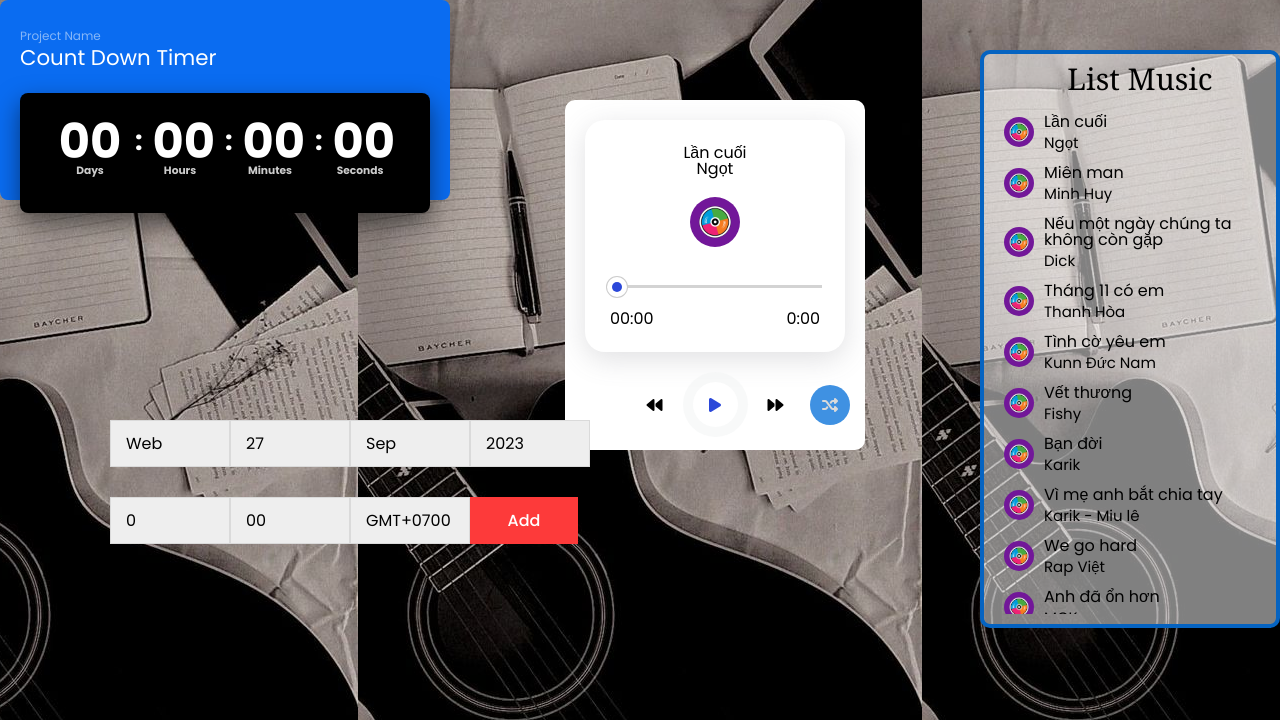
Repository: thuanpham00/CountDownTimer
Page: index.html
An editor plug-in stored every save of this project. The page is shown before and after the next save, followed by the edit.
The browser window is 1280 px wide. The pictures show the whole page.
Some web libraries are served in a nearby version. The style sheet was rebuilt from its Sass, Less or Tailwind sources for each picture, by a compiler version that may differ from the author's.

Above is the page before, as saved 2023-10-12 22:37:49.

### index.html
<!DOCTYPE html>
<html lang="en">
    <head>
        <meta charset="UTF-8" />
        <meta name="viewport" content="width=device-width, initial-scale=1.0" />
        <title>Count Down</title>
        <link rel="preconnect" href="https://fonts.googleapis.com" />
        <link rel="preconnect" href="https://fonts.gstatic.com" crossorigin />
        <link
            href="https://fonts.googleapis.com/css2?family=Roboto:wght@300;400;500;700;900&display=swap"
            rel="stylesheet"
        />
        <link rel="preconnect" href="https://fonts.googleapis.com" />
        <link rel="preconnect" href="https://fonts.gstatic.com" crossorigin />
        <link
            href="https://fonts.googleapis.com/css2?family=Poppins:wght@300;400;500;600;700;800&display=swap"
            rel="stylesheet"
        />
        <script src="https://kit.fontawesome.com/3115b3f4f1.js"></script>
        <link rel="stylesheet" href="./assets/css/main.css" />
        <link
            rel="apple-touch-icon"
            sizes="57x57"
            href="./assets/favicon/apple-icon-57x57.png"
        />
        <link
            rel="apple-touch-icon"
            sizes="60x60"
            href="./assets/favicon/apple-icon-60x60.png"
        />
        <link
            rel="apple-touch-icon"
            sizes="72x72"
            href="./assets/favicon/apple-icon-72x72.png"
        />
        <link
            rel="apple-touch-icon"
            sizes="76x76"
            href="./assets/favicon/apple-icon-76x76.png"
        />
        <link
            rel="apple-touch-icon"
            sizes="114x114"
            href="./assets/favicon/apple-icon-114x114.png"
        />
        <link
            rel="apple-touch-icon"
            sizes="120x120"
            href="./assets/favicon/apple-icon-120x120.png"
        />
        <link
            rel="apple-touch-icon"
            sizes="144x144"
            href="./assets/favicon/apple-icon-144x144.png"
        />
        <link
            rel="apple-touch-icon"
            sizes="152x152"
            href="./assets/favicon/apple-icon-152x152.png"
        />
        <link
            rel="apple-touch-icon"
            sizes="180x180"
            href="./assets/favicon/apple-icon-180x180.png"
        />
        <link
            rel="icon"
            type="image/png"
            sizes="192x192"
            href="./assets/favicon/android-icon-192x192.png"
        />
        <link
            rel="icon"
            type="image/png"
            sizes="32x32"
            href="./assets/favicon/favicon-32x32.png"
        />
        <link
            rel="icon"
            type="image/png"
            sizes="96x96"
            href="./assets/favicon/favicon-96x96.png"
        />
        <link
            rel="icon"
            type="image/png"
            sizes="16x16"
            href="./assets/favicon/favicon-16x16.png"
        />
        <link rel="manifest" href="./assets/favicon/manifest.json" />
        <meta name="msapplication-TileColor" content="#ffffff" />
        <meta
            name="msapplication-TileImage"
            content="./assets/favicon/ms-icon-144x144.png"
        />
        <meta name="theme-color" content="#ffffff" />
    </head>
    <body>
        <div class="timer">
            <div class="timer-wrapper">
                <div>
                    <label class="timer-title">Project Name</label>
                    <label class="timer-name">Count Down Timer</label>
                </div>
                <div class="counter">
                    <div class="days">
                        <div class="value" id="days">00</div>
                        <span>Days</span>
                    </div>

                    <div class="hours">
                        <div class="value" id="hours">00</div>
                        <span>Hours</span>
                    </div>

                    <div class="minutes">
                        <div class="value" id="minutes">00</div>
                        <span>Minutes</span>
                    </div>

                    <div class="seconds">
                        <div class="value" id="seconds">00</div>
                        <span>Seconds</span>
                    </div>
                </div>
            </div>
            <div class="player">
                <div class="player-box">
                    <div class="songs-container">
                        <h2></h2>
                        <p></p>
                        <img src="" alt="" class="img" />
                        <audio src="" controls id="song"></audio>
                    </div>
                    <div class="progress">
                        <input
                            type="range"
                            id="progress-bar"
                            min="0"
                            max=""
                            value="0"
                            class="bar"
                        />
                    </div>
                    <div class="player-number">
                        <span class="player-remaining">0:00</span>
                        <span class="player-duration">0:00</span>
                    </div>
                </div>
                <div class="player-row">
                    <div class="player-tool">
                        <i class="fa fa-backward player-prev"></i>
                        <i class="fa fa-play player-play"></i>
                        <i class="fa fa-forward player-next"></i>
                    </div>
                    <i class="fa-solid fa-shuffle random"></i>
                </div>
            </div>
            <div class="player-list">
                <h2 class="player-list__title">List Music</h2>
                <div class="player-list__wrapper"></div>
            </div>
        </div>
        <form class="form-timer">
            <input
                value="Web"
                type="text"
                name="day"
                placeholder="Thứ"
                class="dayInput"
            />
            <input
                type="text"
                name="date"
                placeholder="Ngày"
                value="27"
                class="dateInput"
            />
            <input
                type="text"
                name="month"
                placeholder="Tháng"
                value="Sep"
                class="monthInput"
            />
            <input
                type="number"
                name="year"
                placeholder="Năm"
                value="2023"
                class="yearInput"
            />
            <input
                type="number"
                name="hour"
                placeholder="Giờ"
                class="hourInput"
                value="0"
            />
            <input
                type="number"
                name="minute"
                placeholder="Phút"
                class="minuteInput"
                value="00"
            />
            <input
                type="text"
                name="GMT"
                value="GMT+0700 (Indochina Time)"
                class="hourInput"
            />
            <button class="todo__submit" type="submit">Add</button>
        </form>
        <script src="./assets/js/main.js"></script>
    </body>
</html>

### scss/main.scss
html,
body,
div,
span,
applet,
object,
iframe,
h1,
h2,
h3,
h4,
h5,
h6,
p,
blockquote,
pre,
a,
abbr,
acronym,
address,
big,
cite,
code,
del,
dfn,
em,
img,
ins,
kbd,
q,
s,
samp,
small,
strike,
strong,
sub,
sup,
tt,
var,
b,
u,
i,
center,
dl,
dt,
dd,
ol,
ul,
li,
fieldset,
form,
label,
legend,
table,
caption,
tbody,
tfoot,
thead,
tr,
th,
td,
article,
aside,
canvas,
details,
embed,
figure,
figcaption,
footer,
header,
hgroup,
menu,
nav,
output,
ruby,
section,
summary,
time,
mark,
audio,
video {
    margin: 0;
    padding: 0;
    border: 0;
    font-size: 100%;
    font: inherit;
    vertical-align: baseline;
}
/* HTML5 display-role reset for older browsers */
article,
aside,
details,
figcaption,
figure,
footer,
header,
hgroup,
menu,
nav,
section {
    display: block;
}
body {
    line-height: 1;
}
ol,
ul {
    list-style: none;
}
blockquote,
q {
    quotes: none;
}
blockquote:before,
blockquote:after,
q:before,
q:after {
    content: "";
    content: none;
}
table {
    border-collapse: collapse;
    border-spacing: 0;
}

*,
::after,
::before {
    box-sizing: border-box;
}

html {
    font-size: 62.5%;
}

body {
    font-size: 1.6rem;
    font-family: "Poppins", sans-serif;
}

input,
select,
textarea,
button {
    font-size: inherit;
    font-family: inherit;
}

@mixin screen($dev) {
    @if $dev == lg {
        @media (max-width: 991.98px) {
            @content;
        }
    }
    @if $dev == md {
        @media (max-width: 767.98px) {
            @content;
        }
    }
    @if $dev == sm {
        @media (max-width: 575.98px) {
            @content;
        }
    }
}

$container-color: #0a6cf1;
$container-padding: 30px 20px 10px 20px;

body {
    background: url("../img/background-4.jpg") repeat fixed center;
    user-select: none;
}

.timer {
    margin: 0 auto;
    max-width: 1320px;
    display: flex;
    justify-content: space-between;
    min-height: 400px;

    @include screen(lg) {
        flex-direction: column-reverse;
        row-gap: 20px;
    }

    @include screen(sm) {
        min-height: 200px;
    }

    &-wrapper {
        max-height: 200px;
        background-color: $container-color;
        padding: $container-padding;
        border-radius: 8px;
        color: #fff;
        min-width: 450px;
        box-shadow: 0 5px 50px rgba(0, 0, 0, 0.2);

        @include screen(sm) {
            min-width: 300px;
        }
    }

    label {
        display: block;
    }

    &-title {
        font-size: 9pt;
        opacity: 0.5;
    }

    &-name {
        font-size: 16pt;
        margin: 5px 0;
    }

    .counter {
        padding: 25px;
        margin: 25px 0 15px 0;
        background-color: #000;
        font-weight: 700;
        border-radius: 8px;
        box-shadow: 0 10px 25px rgba(0, 0, 0, 0.5);
        min-height: 120px;

        div {
            display: inline-block;
        }
        .days,
        .hours,
        .minutes,
        .seconds {
            width: 25%;
            float: left;
            text-align: center;
            .value {
                display: block;
                font-size: 36pt;
                width: 100%;
                display: block;

                @include screen(sm) {
                    font-size: 3rem;
                }
            }
            span {
                font-size: 8pt;
                opacity: 0.8;
                width: 100%;
                display: block;

                @include screen(sm) {
                    font-size: 1.2rem;
                }
            }
        }
        .hours::before,
        .minutes::before,
        .seconds::before {
            content: ":";
            float: left;
            font-size: 20pt;
            position: relative;
            margin-top: 10px;
            opacity: 0.7;
            animation: pink 1s ease-in-out infinite;

            @include screen(sm) {
                font-size: 1.5rem;
            }
        }
    }

    .player {
        height: 350px;
        width: 300px;
        margin-top: 100px;
        background-color: white;
        padding: 20px;
        border-radius: 10px;

        @include screen(sm) {
            width: 300px;
            height: 350px;
        }
    }

    .player-list {
        margin-top: 50px;
        max-width: 300px;
        background: rgba(255, 255, 255, 0.5);
        border-radius: 10px;
        padding: 10px 0 10px 20px;
        border: 4px solid rgb(5, 99, 193);

        &__title {
            text-align: center;
            font-family: Cambria, Cochin, Georgia, Times, 'Times New Roman', serif;
            font-size: 3rem;
            margin-bottom: 20px;

        }

        &__wrapper {
            max-height: 500px;
            overflow-y: scroll;
        }

        .song-row {
            margin-bottom: 15px;
            display: flex;
            align-items: center;
            column-gap: 10px;

            > * {
                pointer-events: none;
            }
        }
    }

    .player-row {
        position: relative;
        display: flex;
        align-items: center;
        justify-content: center;

        > i {
            display: flex;
            align-items: center;
            justify-content: center;
            position: absolute;
            right: -5px;
            width: 40px;
            height: 40px;
            border-radius: 99px;
            background: rgb(63, 145, 226);
            color: #dadada;
            transition: all 0.25s ease;

            &:hover {
                background: rgba(63, 145, 226, 0.8);
            }
        }
    }

    .player-box {
        box-shadow: rgba(100, 100, 111, 0.2) 0px 7px 29px 0px;
        padding: 25px;
        display: flex;
        align-items: center;
        justify-content: center;
        flex-direction: column;
        text-align: center;
        border-radius: 20px;
        max-width: 400px;
        margin: 0 auto 30px;
    }

    .player-media {
        position: relative;
        width: 150px;
        height: 150px;
        border-radius: 100rem;
        margin-bottom: 25px;
    }

    .player-media:before {
        content: "";
        width: 50px;
        height: 50px;
        background-color: white;
        border-radius: 100px;
        position: absolute;
        top: 50%;
        left: 50%;
        transform: translate(-50%, -50%);
        z-index: 10;
    }

    .player-image {
        width: 100%;
        height: 100%;
        object-fit: cover;
        border-radius: inherit;
    }

    .player-image.is-playing {
        animation: rotate 10s forwards infinite linear;
    }

    @keyframes rotate {
        to {
            transform: rotate(360deg);
        }
    }

    .progress {
        margin-bottom: 20px;
        margin-top: 25px;
    }

    .player-number {
        display: flex;
        justify-content: space-between;
        align-items: center;
        width: 100%;
    }

    .player-tool {
        display: flex;
        justify-content: center;
        align-items: center;
    }

    .player-play {
        color: #2b48d9;
        width: 45px;
        height: 45px;
        border-radius: 100rem;
        display: flex;
        justify-content: center;
        align-items: center;
        cursor: pointer;
        background-color: white;
        box-shadow: 0 0 0 10px rgba(242, 243, 244, 0.5);
        font-size: 16px;
        margin: 0 30px;
    }

    .player-next,
    .player-prev {
        cursor: pointer;
        font-size: 16px;
    }

    .progress {
        width: 100%;
        position: relative;
    }

    .bar {
        -webkit-appearance: none;
        width: 100%;
        height: 3px;
        background: #d3d3d3;
        outline: none;
        -webkit-transition: 0.2s;
        transition: opacity 0.2s;
    }

    .bar::-webkit-slider-thumb {
        -webkit-appearance: none;
        appearance: none;
        width: 10px;
        height: 10px;
        border-radius: 100rem;
        background-color: #2b48d9;
        box-shadow: 0 0 0 5px white, 0 0 0 6px #ccc;
    }

    /* .bar::-webkit-slider-thumb chọn phần tử con của phần tử có lớp bar mà là "thumb" của thanh trượt (slider)
     dành cho trình duyệt WebKit (chẳng hạn như Safari hoặc Chrome).

    .bar::-moz-range-thumb chọn phần tử con của phần tử có lớp bar mà là "thumb" của
    thanh trượt (slider) dành cho trình duyệt Firefox (Mozilla).
    */

    .bar::-moz-range-thumb {
        cursor: pointer;
        width: 10px;
        height: 10px;
        border-radius: 100rem;
        background-color: #2b48d9;
        box-shadow: 0 0 0 5px white, 0 0 0 6px #ccc;
    }
}

@keyframes pink {
    0% {
        opacity: 1;
    }
    50% {
        opacity: 0.5;
    }
    100% {
        opacity: 1;
    }
}

.form-timer {
    position: absolute;
    left: 110px;
    top: 390px;
    max-width: 500px;
    display: flex;
    flex-wrap: wrap;

    @include screen(lg) {
        top: 700px;
        left: 160px;
    }

    @include screen(sm) {
        top: 700px;
        left: 40px;
    }

    input {
        margin-top: 30px;
        width: 120px;
        padding: 10px 15px;
        outline: none;
        background: #eee;
        border: 1px solid #dadada;
        @include screen(lg) {
            width: 108px;
        }

        @include screen(sm) {
            padding: 10px 10px;
            margin-top: 10px;
            width: 90px;
        }
    }

    button {
        margin-top: 30px;
        width: 108px;
        padding: 10px 15px;
        background: #fd3a3a;
        border: none;
        color: #fff;
        font-weight: 500;

        @include screen(sm) {
            padding: 10px 10px;
            margin-top: 10px;
            width: 90px;
        }
    }
}

.img {
    margin-top: 20px;
    width: 50px;
    height: 50px;
    border-radius: 99px;

    &-2 {
        margin-top: 0px;
        width: 30px;
        height: 30px;
    }
}

.nameSong {
    font-size: 1.6rem;
}

.nameSinger {
    margin-top: 5px;
    font-size: 1.5rem;
}

Loaded but not shown: assets/js/main.js (360 lines, source omitted)

After the next save:
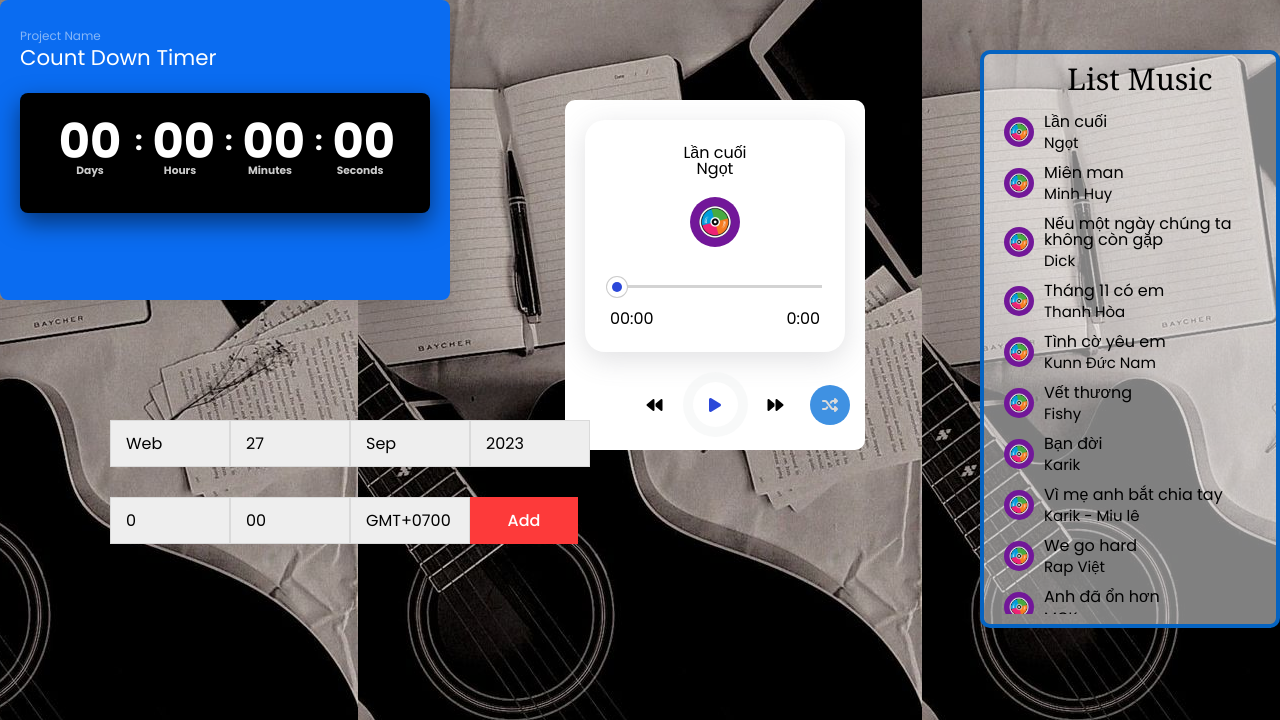
Saved 4 s later.
--- a/scss/main.scss
+++ b/scss/main.scss
@@ -189,7 +189,7 @@ body {
     }
 
     &-wrapper {
-        max-height: 200px;
+        max-height: 300px;
         background-color: $container-color;
         padding: $container-padding;
         border-radius: 8px;
